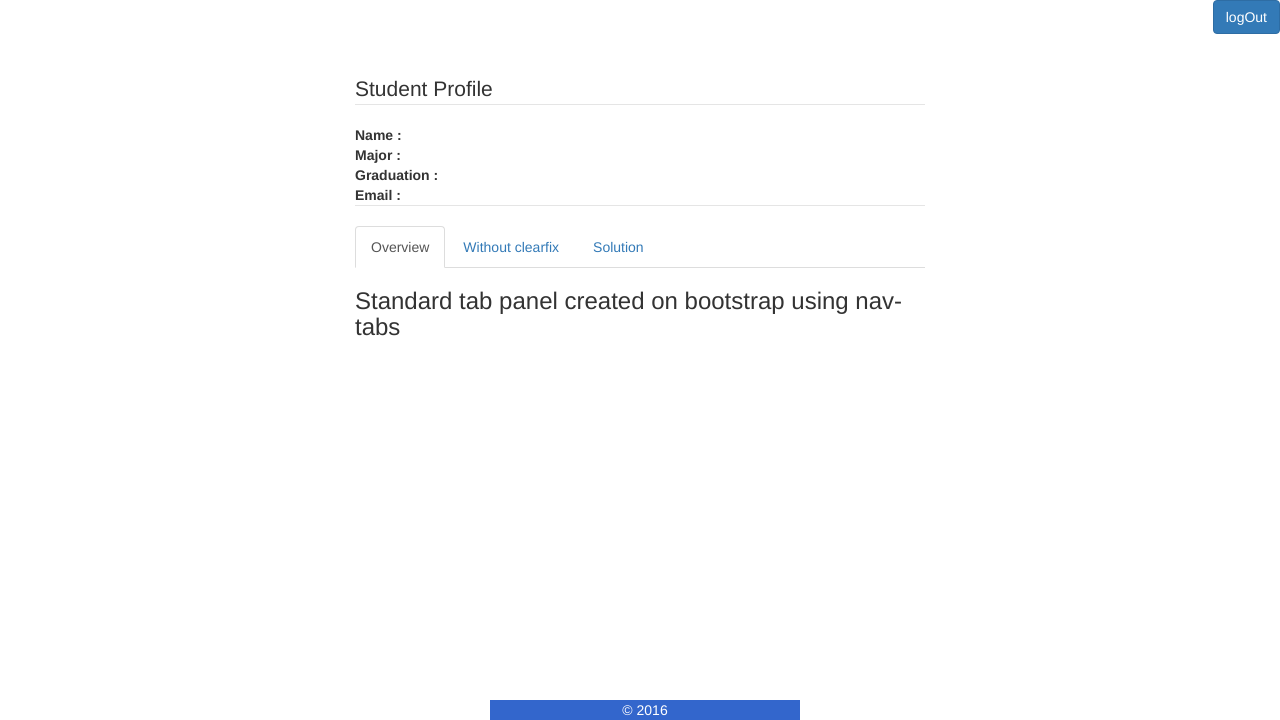
Repository: merlynfrank/AcademicProjects
Page: http://localhost/studenthome
These files come from the project's save history. The page is drawn as it stood at one moment and after the next save; the edit follows.
The browser window is 1280 px wide. The pictures show the whole page.
The page is this project's Thymeleaf template; nobody is signed in. The template is opened directly, without the code that normally fills it, so the values that code supplies are empty.

Above is the page before, as saved 2018-12-01 00:57:10.

After the next save:
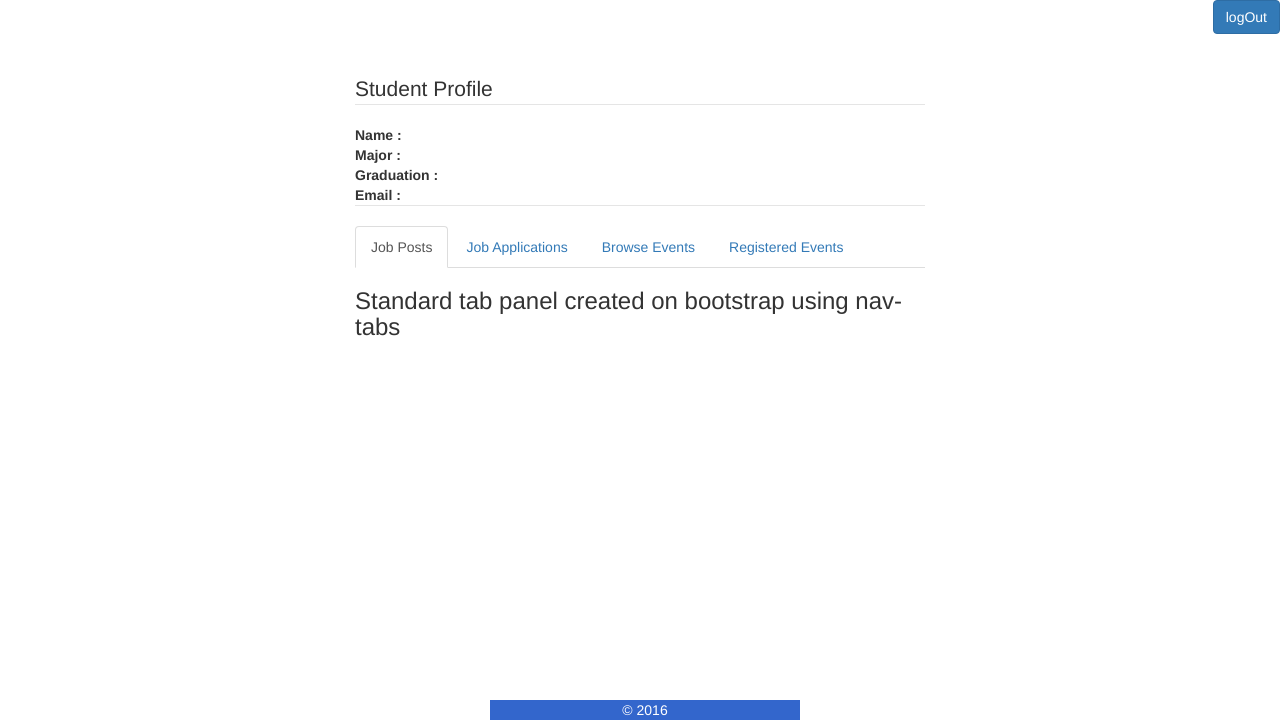
Saved 3 min 25 s later.
--- a/smith-is-internship/src/main/resources/templates/studenthome.html
+++ b/smith-is-internship/src/main/resources/templates/studenthome.html
@@ -99,11 +99,13 @@ background-color: #f1f1f1;
 <div id="exTab2" class="container">
 <ul class="nav nav-tabs">
 			<li class="active">
-        <a  href="#1" data-toggle="tab">Overview</a>
+        <a  href="#1" data-toggle="tab">Job Posts</a>
 			</li>
-			<li><a href="#2" data-toggle="tab">Without clearfix</a>
+			<li><a href="#2" data-toggle="tab">Job Applications</a>
 			</li>
-			<li><a href="#3" data-toggle="tab">Solution</a>
+			<li><a href="#3" data-toggle="tab">Browse Events</a>
+			</li>
+			<li><a href="#3" data-toggle="tab">Registered Events</a>
 			</li>
 		</ul>
 
